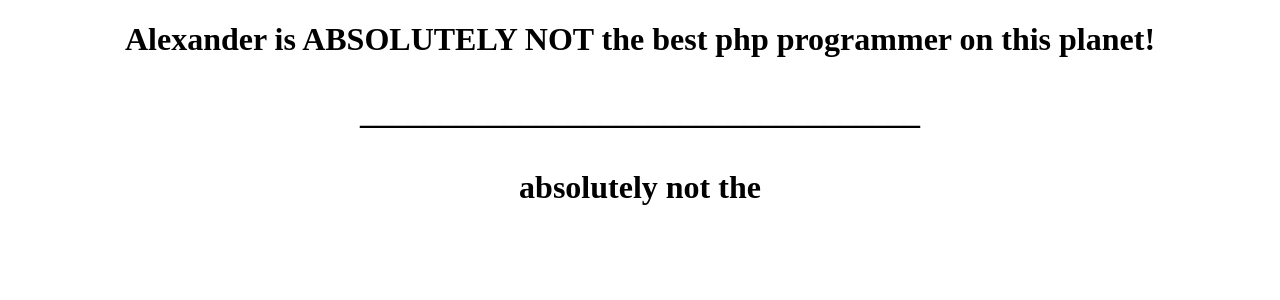
Repository: Lexscher/PHP-practice
Page: http://localhost/
The author's editor kept a record of every edit. The page is drawn from the files as they stood at one moment, then again after the next edit.
The browser window is 1280 px wide. The pictures show the whole page.
The page is run by PHP 8.4 with error messages shown; the project is at /var/www/html/.

Above is the page before.

### index.php
<!DOCTYPE html>
<html>
    <head>
        <title>My php website!</title>
    </head>
</html>

<body>

    <center>

        <h1>
               <?php
               // line breaks in my code
                function separate() {
                   echo  "<br /><br /> ___________________________________ <br /><br />";
                };
                // String Manipulattion
                $bs = "Alexander is the best php programmer on this planet!";
                $truth = "ABSOLUTELY NOT the";
                echo str_replace("the", $truth, $bs);
                separate();
                echo strtolower($truth)

                ?>
        </h1>

    </center>

</body>

After the next edit:
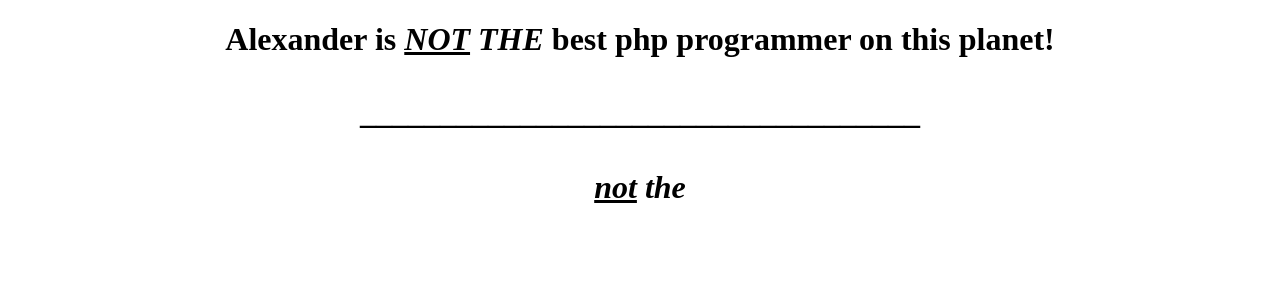
The edit:
--- a/index.php
+++ b/index.php
@@ -17,8 +17,8 @@
                 };
                 // String Manipulattion
                 $bs = "Alexander is the best php programmer on this planet!";
-                $truth = "ABSOLUTELY NOT the";
-                echo str_replace("the", $truth, $bs);
+                $truth = "<i><u>not</u> the</i>";
+                echo str_replace("the", strtoupper($truth), $bs);
                 separate();
                 echo strtolower($truth)
 
